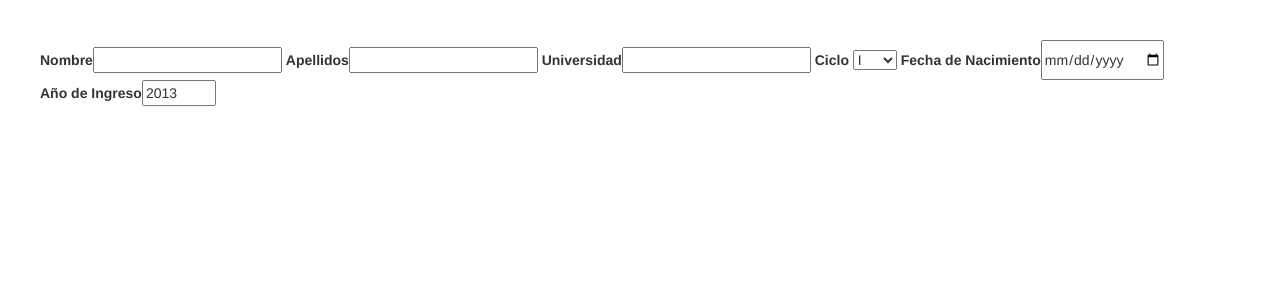
Repository: yoshitomimaehara/sdpa
Page: http://localhost/Sistema_de_Pruebas_Academicas/alumno_insertar.jsp
An editor plug-in stored every save of this project. The page is shown before and after the next save, followed by the edit.
The browser window is 1280 px wide. The pictures show the whole page.
The page is served by Tomcat 9. Other server files are loaded and not shown.

Above is the page before, as saved 2013-10-06 22:15:51.
Console error: TypeError: $(...).alert is not a function

### Web/Sistema de Pruebas Academicas/Sistema de Pruebas Academicas/WebContent/alumno_insertar.jsp
<%@ page language="java" contentType="text/html; charset=ISO-8859-1"
    pageEncoding="ISO-8859-1"%>
<%@ taglib prefix="c" uri="http://java.sun.com/jsp/jstl/core" %>
<!DOCTYPE html>
<html>
<head>
<title></title>
<link rel="stylesheet" type="text/css" href="css\styles.css"/>
<link rel="stylesheet" href="css\bootstrap.min.css">
<script src="js\jquery.js"></script>
<script src="js\scripts.js"></script>

</head>
<body>
	<form>
		<label>Nombre</label><input type="text" />
		<label>Apellidos</label><input type="text"/>
		<label>Universidad</label><input type="text"/>
		<label>Ciclo</label>
		<c:set var="ciclos" value="I,II,III,IV,V,VI,VII,VIII,IX,X,XI"></c:set>
		<select>
		<c:forTokens items="${ciclos}" delims="," var="ciclo">
		<option><c:out value="${ciclo}"></c:out></option>
		</c:forTokens>
		</select>
		<label>Fecha de Nacimiento</label><input type="date"/>
		<label>Año de Ingreso</label><input type="number" min="2000" max="2013" value="2013">
	</form>
</body>
</html>

### Web/Sistema de Pruebas Academicas/Sistema de Pruebas Academicas/WebContent/css/styles.css
/*
Nombre:styles.css
Descripcion:Hoja de Estilos
Autores:Yoshitomi Maehara/Liliana Gonzales
Email:
*/
/* universal */
*{
}

/*etiquetas*/
body{
	padding:40px;
}

/* identificadores */
#ingresar{
	background-color: #5162F6;
	color:white;
}

#ingresar:hover{
	background-color: white;
	color:black;

}

#link_contrasenia{
	text-decoration:none;
}

#link_contrasenia:hover{
	text-decoration:none;
}

#academico{
	padding:10px;
	clear: none;
}

#academico:hover{
	display:block;
	padding:10px;
}

/* clases */
.cabecera_index{
  padding:0.8em;
  text-align:center;
  margin: 1em;
}

.login_index{
   border:solid 1px;
   -webkit-border-radius: 8px;
   -moz-border-radius: 8px;
   border-radius: 8px;

}

.alerta{

}

.pie_index{
	height:3em;
	padding:0.5em;
}

.menu_panel{

}
.menu_lista{
	list-style-type:none;
}

.menu_lista li{
	display:inline-block;
	padding:10px;
}

.imagen{
	padding:1em;
	height:30em;
	width:30em;
}

.contenedor{
	border:1px solid #A4A4A4;
	height:30em;
	-webkit-border-radius: 8px;
   	-moz-border-radius: 8px;
   	border-radius: 8px;
   	background-color:#F2F2F2;
}

.contenido_dentro{
	background-color:#F2F2F2;
	border:1px solid #A4A4A4;
	height:30em;
	-webkit-border-radius: 8px;
   	-moz-border-radius: 8px;
   	border-radius: 8px;
}

.menu_dentro{
	background-color:#F2F2F2;
	border:1px solid #A4A4A4;
	height:10em;
	-webkit-border-radius: 8px;
   	-moz-border-radius: 8px;
   	border-radius: 8px;
}

### Web/Sistema de Pruebas Academicas/Sistema de Pruebas Academicas/WebContent/js/scripts.js
/**
 * Nombre:script.js
 * Descripcion: Funciones JavaScript/JQuery
 * Autores:Yoshitomi Maehara/Liliana Gonzales
 * Email:
 */



$(document).ready(function(){
	$().alert();
});

$(function(){
	$('.accesos').click(function(e){
		e.preventDefault();
		$('#main').load($(this).attr('href'));
	});
});

$(function(){
	$('.enlaces').click(function(e){
		e.preventDefault();
		$('#contenido').load($(this).attr('href'));
	});
});

Loaded but not shown: Web/Sistema de Pruebas Academicas/Sistema de Pruebas Academicas/WebContent/css/bootstrap.min.css (library); Web/Sistema de Pruebas Academicas/Sistema de Pruebas Academicas/WebContent/js/jquery.js (library)

After the next save:
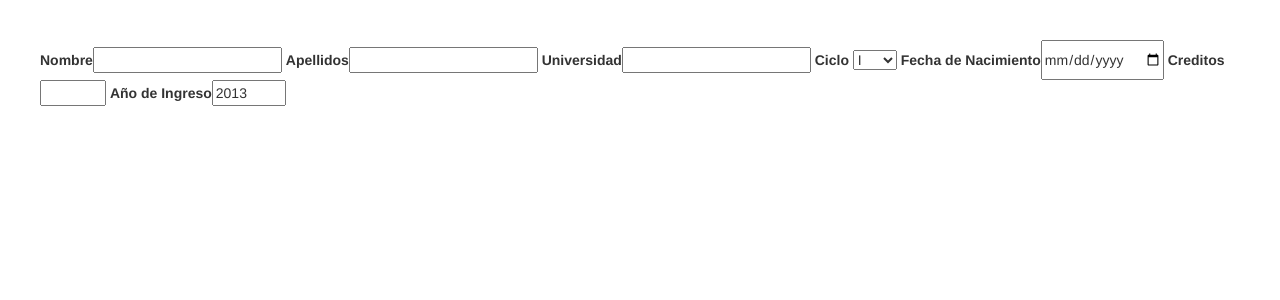
Saved 8 min 48 s later.
--- a/Web/Sistema de Pruebas Academicas/Sistema de Pruebas Academicas/WebContent/alumno_insertar.jsp
+++ b/Web/Sistema de Pruebas Academicas/Sistema de Pruebas Academicas/WebContent/alumno_insertar.jsp
@@ -24,6 +24,7 @@
 		</c:forTokens>
 		</select>
 		<label>Fecha de Nacimiento</label><input type="date"/>
+		<label>Creditos</label><input type="number" min="1" max="5" step="0.5">
 		<label>Año de Ingreso</label><input type="number" min="2000" max="2013" value="2013">
 	</form>
 </body>
